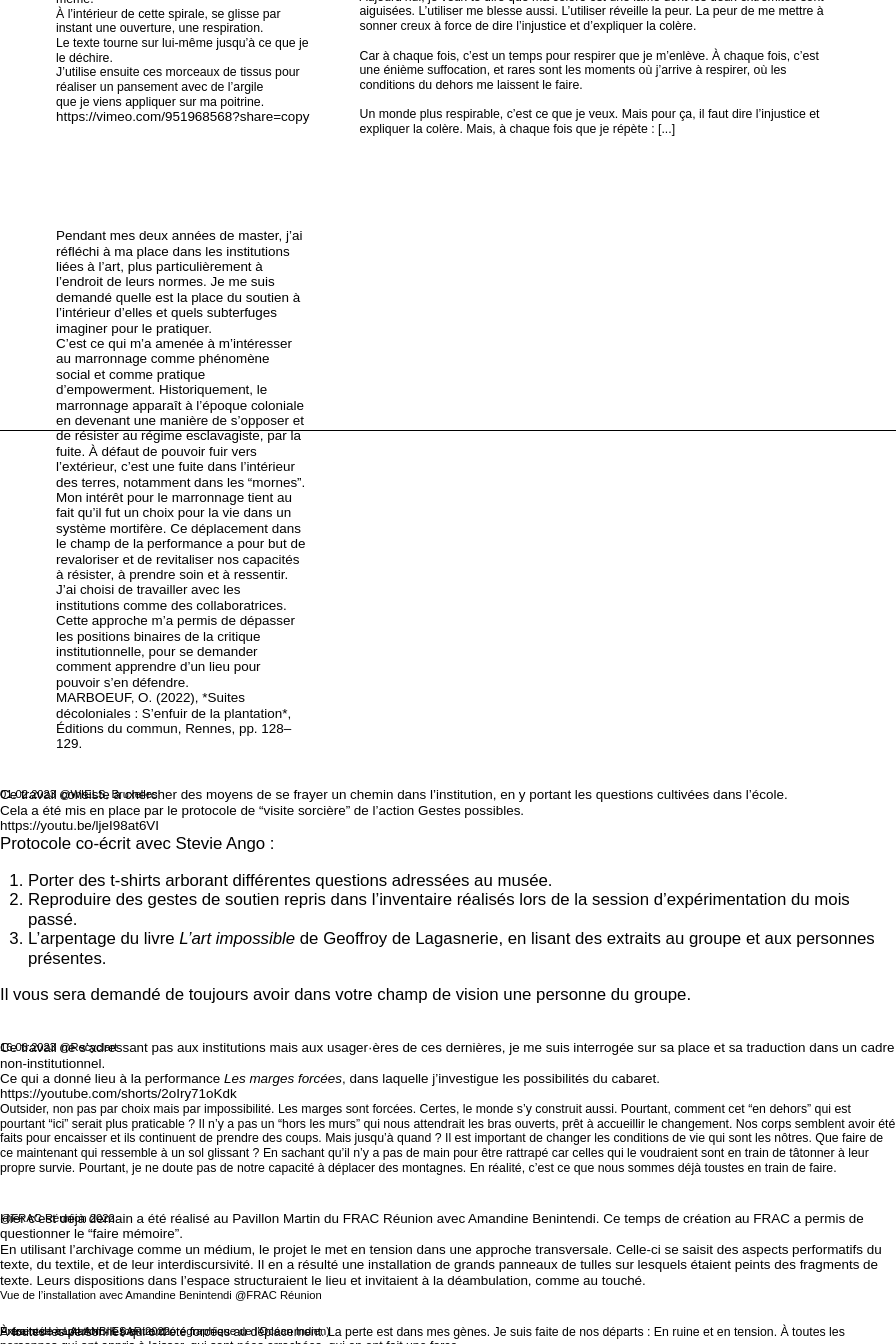
Repository: brunrhb/oce-p
Page: index.html
The author's editor kept a copy of each file at every save. The page is drawn from the files as they stood at one save, then again after the next save.
The browser window is 1280 px wide. The pictures show the part of the page from y = 2290 to 4210 px (the page is 4581 px tall before and 4237 px after), at 70% of full size.

Above is the page before, as saved 2025-06-09 22:47:15.

### index.html
<!DOCTYPE html>
<html lang="fr">
<head>
  <meta charset="UTF-8">
  <meta name="viewport" content="width=device-width, initial-scale=1.0">
  <title>Grid 3 colonnes avec placeholders</title>
  <link rel="stylesheet" href="styles.css">
  <script defer src="content.js"></script>
</head>
<body>

<div class="allproject">

<section PROJET 1 LIASONS VEGETALES>

  <div class="p1">
    <div class="grid-p1s1" id="partie1">

<div class="col-p1s1-1">
  <div class="media-block-p1s1">
    <div class="placeholder-p1s1"></div>
    <p class="credit" data-content="p1s1-credit1"></p>
  </div>

  <div class="media-block-p1s1">
    <div class="placeholder-p1s1"></div>
    <p class="credit" data-content="p1s1-credit2"></p>
  </div>
</div>

    <div class="col-p1s1-2">
      <div class="media-block-p1s1">
        <div class="placeholder-p1s1"></div>
        <p class="credit" data-content="p1s1-credit3"></p>
      </div>
      <div class="media-block-p1s1">
        <div class="placeholder-p1s1"></div>
        <p class="credit" data-content="p1s1-credit4"></p>
      </div>
    </div>

    <div class="col-p1s1-3">
      <div class="media-block-p1s1">
        <div class="placeholder-p1s1"></div>
        <p class="credit" data-content="p1s1-credit5"></p>
      </div>
     <div class="text-block-p1s1">
       <p class="protocole-titre" data-content="p1s1-protocole-titre"></p>
       <p class="protocole-corps" data-content="p1s1-protocole-corps"></p>
    </div>

  </div>

    </div>
    <div class="grid-p1s2" id="partie2">

  <div class="col-p1s2-1">
    <div class="media-block-p1s2-1">
    <div class="placeholder-p1s1"></div>
      <div class="media-block-p1s2-2">
      <div class="placeholder-p1s1"></div>
      <p class="credit" data-content="p1s2-credit"></p>
    </div>
    </div>
  </div>

  <div class="col-p1s2-2">
      <div class="text-block-p1s2">
        <p class="extrait" data-content="p1s2-extrait1"></p>
      </div>
  </div>

  <div class="col-p1s2-3">
      <div class="text-block-p1s2">
        <p class="extrait" data-content="p1s2-extrait2"></p>
      </div>

  </div>



    </div>
  </div>

</section>

<section PROJET 2 PAENSER>

  <div class="p2">
    <div class="grid-p2">

       <div class="col-p2-1">
        <div class="media-block-p2">
          <div class="placeholder-p2"></div>
          <div class="credit" data-content="p2-credit"></div>
        </div>
        <div class="text-block-p2">
          <div class="protocole-titre" data-content="p2-protocole-titre"> </div>
          <div class="protocole-corps" data-content="p2-protocole-corps"> </div>
          <div class="lien" data-content="p2-lien"> </div>
        </div>
       </div>

       <div class="col-p2-2">
          <div class="extrait" data-content="p2-extrait"></div>
       </div>



    </div>
  </div>

</section>

<section RPOJET 3 DES NORMES AUX MORNES : MARRONNER EN SOI>

  <div class="p3">
    <div class="grid-p3">
      <div class="col-p3-1">
        <div class="text-block-p3-1">
          <div class="intro" data-content="p3-intro"></div>
          <div class="autre-corps" data-content="p3-autre-corps-1"> </div>
          <div class="biblio" data-content="p3-biblio"> </div>
        </div>
      </div>

      <div class="col-p3-2">
        <div class="text-block-p3-2">
          <div class="autre-corps" data-content="p3-autre-corps-1"> </div>
          <div class="media-block-p3">
            <div class="placeholder-p3"></div>
            <div class="placeholder-p3"></div>
          </div>

        </div>
      </div>

    </div>
  </div>



</section>

<section PROJET 4 GESTES POSSIBLEs>

<div class="p4">

<div class="grid-p4">

  <div class="col-p4-1">
    <div class="media-block-p4-1">
      <div class="credit" data-content="p4-credit"></div>
      <div class="placeholder-p4-1"></div>
    </div>
  </div>


  <div class="col-p4-2">
    <div class="placeholder-p4-2"></div>
    <div class="text-block-p4-1">
      <div class="intro" data-content="p4-intro"></div>
      <div class="autre-corps" data-content="p4-autre-corps-1"></div>
      <div class="lien" data-content="p4-lien"></div>
    </div>

  </div>


  <div class="col-p4-3">
    <div class="text-block-p4-2">
      <div class="protocole-titre" data-content="p4-protocole-titre"></div>
    </div>
  </div>

</div>

</div>

</section>

<section PROJET 5 LES MARGES FORCÉES>

  <div class="p5">
    <div class="grid-p5">

      <div class="col-p5-1">
        <div class="media-block-p5">
          <div class="placeholder-p5"></div>
          <div class="credit" data-content="p5-credit"></div>
        </div>
        <div class="text-block-p5-1">
        <div class="intro" data-content="p5-intro"></div>
        <div class="autre-corps" data-content="p5-autre-corps-1"></div>
        <div class="lien" data-content="p5-lien"></div>
        </div>
      </div>

      <div class="col-p5-2">
        <div class="extrait" data-content="p5-extrait"></div>
      </div>

    </div>
  </div>

</section>

<section PROJET 6 HIER C'EST DÉJÀ DEMAIN>

<div class="p6">
<div class="grid-p6">

  <div class="col-p6-1">
    <div class="media-block-p6-1">
      <div class="placeholder-p6-1"></div>
      <div class="credit" data-content="p6-credit-1"></div>
    </div>

    <div class="col-p6-2">
      <div class="autre-corps" data-content="p6-autre-corps-1"></div>
      <div class="text-block-p6-1">
        <div class="autre-corps" data-content="p6-autre-corps-2"></div>
        <div class="media-block-p6-2">
          <div class="placeholder-p6-2"></div>
          <div class="credit" data-content="p6-credit-2"></div>
        </div>
      </div>

    </div>

  </div>

</div>

</div>

</section>

<section PROJET 7 NOUS SOMMES LE PAYSAGE >

<div class="p7">

  <div class="grid-p7s1" id="partie1">

    <div class="col-p7s1">
      <div class="media-block-p7s1">
        <div class="placeholder-p7s1"></div>
        <div class="placeholder-p7s1"></div>
        <div class="placeholder-p7s1"></div>
        <div class="credit" data-content="p7s1-credit"></div>
      </div>

          <div class="col-p7s1">
        <div class="placeholder-p7s1"></div>
        <div class="placeholder-p7s1"></div>
        <div class="placeholder-p7s1"></div>
    </div>

              <div class="col-p7s1">
        <div class="placeholder-p7s1"></div>
        <div class="placeholder-p7s1"></div>
        <div class="placeholder-p7s1"></div>
    </div>

    <div class="grid-p7s2" id="partie2">

      <div class="row-p7s2-1">
        <div class="placeholder-p7s2"></div>
        <div class="placeholder-p7s2"></div>
        <div class="placeholder-p7s2"></div>
        <div class="media-block-p7s2">
          <div class="placeholder-p7s2"></div>
          <div class="credit" data-content="p7s2-credit-1"></div>
        </div>

      <div class="row-p7s2-2">
        <div class="text-block-p7s2-1">
          <div class="extrait" data-content="p7s2-extrait1"></div>
          <div class="credit" data-content="p7s2-credit-2"></div>
        </div>
        <div class="text-block-p7s2-2">
          <div class="extrait" data-content="p7s2-extrait2"></div>
        </div>
        <div class="text-block-p7s2-3">
          <div class="trait"></div>
          <div class="protocole-titre" data-content="p7s2-protocole-titre"></div>
          <div class="protocole-corps" data-content="p7s2-protocole-corps"></div>
        </div>
      </div>


      </div>
    </div>

  </div>

</div>

</section>

<section PROJET 8 NYAZE>

<div class="p8">

<div class="grid-p8">

  <div class="col-p8-1">
    <div class="text-block-p8">
      <div class="extrait" data-content="p8-extrait"></div>
      <div class="trait"></div>
      <div class="protocole-titre" data-content="p8-protocole-titre"></div>
      <div class="protocole-corps" data-content="p8-protocole-corps"></div>
    </div>
  </div>

  <div class="col-p8-2">
    <div class="media-block-p8">
      <div class="placeholder-p8"></div>
      <div class="credit" data-content="p8-credit"></div>
    </div>
  </div>

</div>

</div>

</section>

 </div>

</body>
</html>

### styles.css
body {
  margin: 0;
  font-family: sans-serif;
  font-size: clamp(0.9rem, 1.5vw, 1.2rem);
}

.allproject {
  display: flex;
  flex-direction: column;
  justify-content: flex-start;
  gap: 4vw;
}


/* #region PROJET1 LIASONS VEGETALES */
.p1 {
  display: flex;
  flex-direction: column;
  justify-content: flex-start;
  gap: 4vw;
}


/* #region slide1 */

/* 1 grille et colonnes */
.grid-p1s1 {
  display: grid;
  grid-template-columns: 1fr 1fr 1fr;
  padding-top: 5rem;
  padding-left: 5rem;
  padding-right: 5rem;
  column-gap: 2vw;
}

.col-p1s1-1 {
  display: flex;
  flex-direction: column;
  justify-content: flex-start;
  gap: 2vw;
  background-color: crimson;
}

.col-p1s1-2 {
  display: flex;
  flex-direction: column;
  justify-content: flex-start;
  gap: 2vw;
  background-color: royalblue;
}

.col-p1s1-3 {
  display: flex;
  flex-direction: column;
  justify-content: flex-start;
  gap: 2vw;
  background-color: seagreen;
}


/* 2 blocks et elements */
.media-block-p1s1 {
  display: block;
  width: 100%;
}

.placeholder-p1s1 {
  aspect-ratio: 1 / 1;
  width: 100%;
  background-color: black;
}

.credit {
  position: absolute;
  font-size: 1rem;
  line-height: 1.2;
  margin: 0;
  z-index: 10;
}

.text-block-p1s1 {
  display: flex;
  flex-direction: column;
  justify-content: flex-end;
  width: 100%;
  aspect-ratio: 1 / 1;
  background-color: white;
  padding: 0;
  margin: 0;
  gap: 0;
}

.protocole-titre {
  font-size: 1.5rem;
  margin: 0;
  padding: 0;
}

.protocole-corps {
  font-size: 1.1rem;
  margin: 0;
  padding: 0;
}

/* #endregion */


/* #region slide2 */

/* 1 grille et colonnes */
.grid-p1s2 {
  display: grid;
  grid-template-columns: 1fr 1fr 1fr;
  padding-bottom: 5rem;
  padding-left: 5rem;
  padding-right: 5rem;
  column-gap: 2vw;
}

.col-p1s2-1 {
  display: flex;
  flex-direction: column;
  justify-content: flex-start;
  gap: 20vw;
}

.col-p1s2-2 {
  display: flex;
}

.col-p1s2-3 {
  display: flex;
}


/* 2 blocks et elements */
.media-block-p1s2-1 {
  display: flex;
  flex-direction: column;
  gap: 2vw;
  position: relative;
  width: 100%;
}

.media-block-p1s2-2 {
  display: block;
  position: relative;
  width: 100%;
}

.text-block-p1s2 {
  gap: 0;
}

.extrait {
  font-size: 1.1rem;
}

/* #endregion */

/* #endregion */


/* #region P2 PAENSER */


.p2 {
  display: flex;
  flex-direction: column;
  justify-content: flex-start;
}

/* 1 grille et colonnes */
.grid-p2 {
  display: grid;
  grid-template-columns: 0.7fr 1.3fr;
  padding-left: 5rem;
  padding-right: 5rem;
  column-gap: 5vw;
}
.col-p2-1 {
  display: flex;
  flex-direction: column;
  justify-content: flex-start;
  gap: 2vw;
}
.col-p2-2 {
  display: flex;
  flex-direction: column;
  justify-content: flex-start;
  gap: 2vw;
}

/* 2 blocks et elements */
.media-block-p2 {
  display: block;
  width: 100%;

}
.placeholder-p2 {
  aspect-ratio: 1 / 1;
  width: 100%;
  background-color: black;
}
.credit {
  text-align: right;
}
.text-block-p2 {
}
.protocole-titre {
}
.protocole-corps {
}
.lien {
}
.extrait {
}

/* #endregion */


/* #region P3 DES NORMES AUX MORNES : MARRONNER EN SOI. */

/* 1 grille et colonnes */
.grid-p3 {
  display: grid;
  grid-template-columns: 1fr 1fr 1fr;
  padding-top: 5rem;
  padding-left: 5rem;
  padding-right: 5rem;
  column-gap: 2vw;
}
.col-p3-1 {
}
.col-p3-2 {
}

/* 2 blocks et elements */
.text-block-p3-1 {
}
.text-block-p3-2 {
}
.intro {
}
.autre-corps {
}
.biblio {
}
.media-block-p3 {
}
.placeholder-p3 {
}

/* #endregion */


/* #region P4 */

/* 1 grille et colonnes */
.grid-p4 {
}
.col-p4-1 {
}
.col-p4-2 {
}
.col-p4-3 {
}

/* 2 blocks et elements */
.media-block-p4-1 {
}
.placeholder-p4-1 {
}
.placeholder-p4-2 {
}
.credit {
}
.text-block-p4-1 {
}
.intro {
}
.autre-corps {
}
.lien {
}
.text-block-p4-2 {
}
.protocole-titre {
}

/* #endregion */


/* #region P5 */

/* 1 grille et colonnes */
.grid-p5 {
}
.col-p5-1 {
}
.col-p5-2 {
}

/* 2 blocks et elements */
.media-block-p5 {
}
.placeholder-p5 {
}
.credit {
}
.text-block-p5-1 {
}
.intro {
}
.autre-corps {
}
.lien {
}
.extrait {
}

/* #endregion */


/* #region P6 */

/* 1 grille et colonnes */
.grid-p6 {
}
.col-p6-1 {
}
.col-p6-2 {
}

/* 2 blocks et elements */
.media-block-p6-1 {
}
.placeholder-p6-1 {
}
.credit {
}
.autre-corps {
}
.text-block-p6-1 {
}
.media-block-p6-2 {
}
.placeholder-p6-2 {
}

/* #endregion */

/* #region P7 */
/* #region P7S1 */

/* 1 grille et colonnes */
.grid-p7s1 {
}
.col-p7s1 {
}

/* 2 blocks et elements */
.media-block-p7s1 {
}
.placeholder-p7s1 {
}
.credit {
}

/* #endregion */


/* #region P7S2 */

/* 1 grille et colonnes */
.grid-p7s2 {
}
.row-p7s2-1 {
}
.row-p7s2-2 {
}

/* 2 blocks et elements */
.placeholder-p7s2 {
}
.media-block-p7s2 {
}
.credit {
}
.text-block-p7s2-1 {
}
.extrait {
}
.text-block-p7s2-2 {
}
.text-block-p7s2-3 {
}
.trait {
}
.protocole-titre {
}
.protocole-corps {
}

/* #endregion */
/* #endregion */


/* #region P8 */

/* 1 grille et colonnes */
.grid-p8 {
}
.col-p8-1 {
}
.col-p8-2 {
}

/* 2 blocks et elements */
.text-block-p8 {
}
.extrait {
}
.trait {
}
.protocole-titre {
}
.protocole-corps {
}
.media-block-p8 {
}
.placeholder-p8 {
}
.credit {
}

/* #endregion */

Loaded but not shown: content.js (183 lines, source omitted)

After the next save:
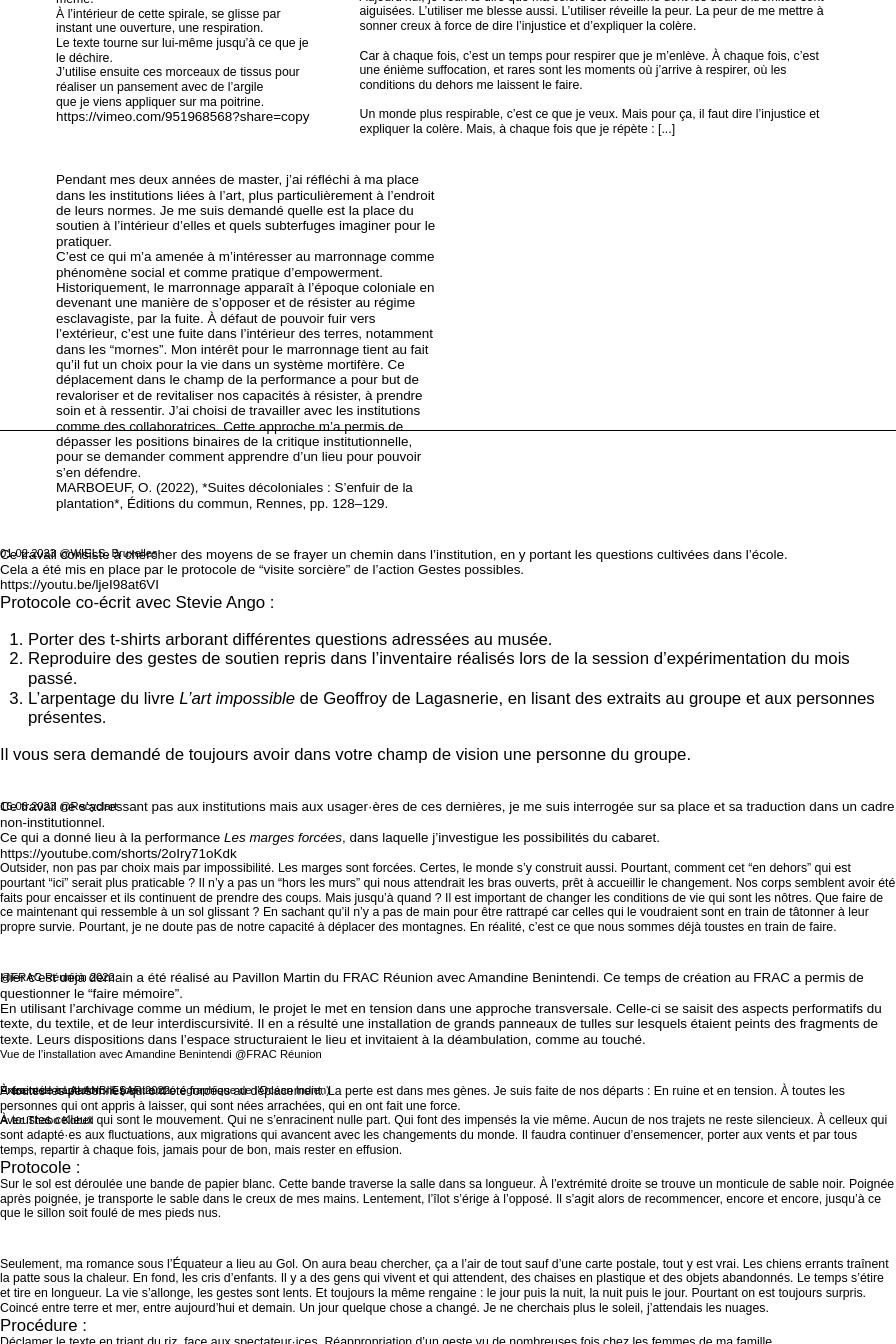
Saved 15 s later.
--- a/styles.css
+++ b/styles.css
@@ -224,8 +224,7 @@ body {
 /* 1 grille et colonnes */
 .grid-p3 {
   display: grid;
-  grid-template-columns: 1fr 1fr 1fr;
-  padding-top: 5rem;
+  grid-template-columns: 1fr 1fr;
   padding-left: 5rem;
   padding-right: 5rem;
   column-gap: 2vw;
